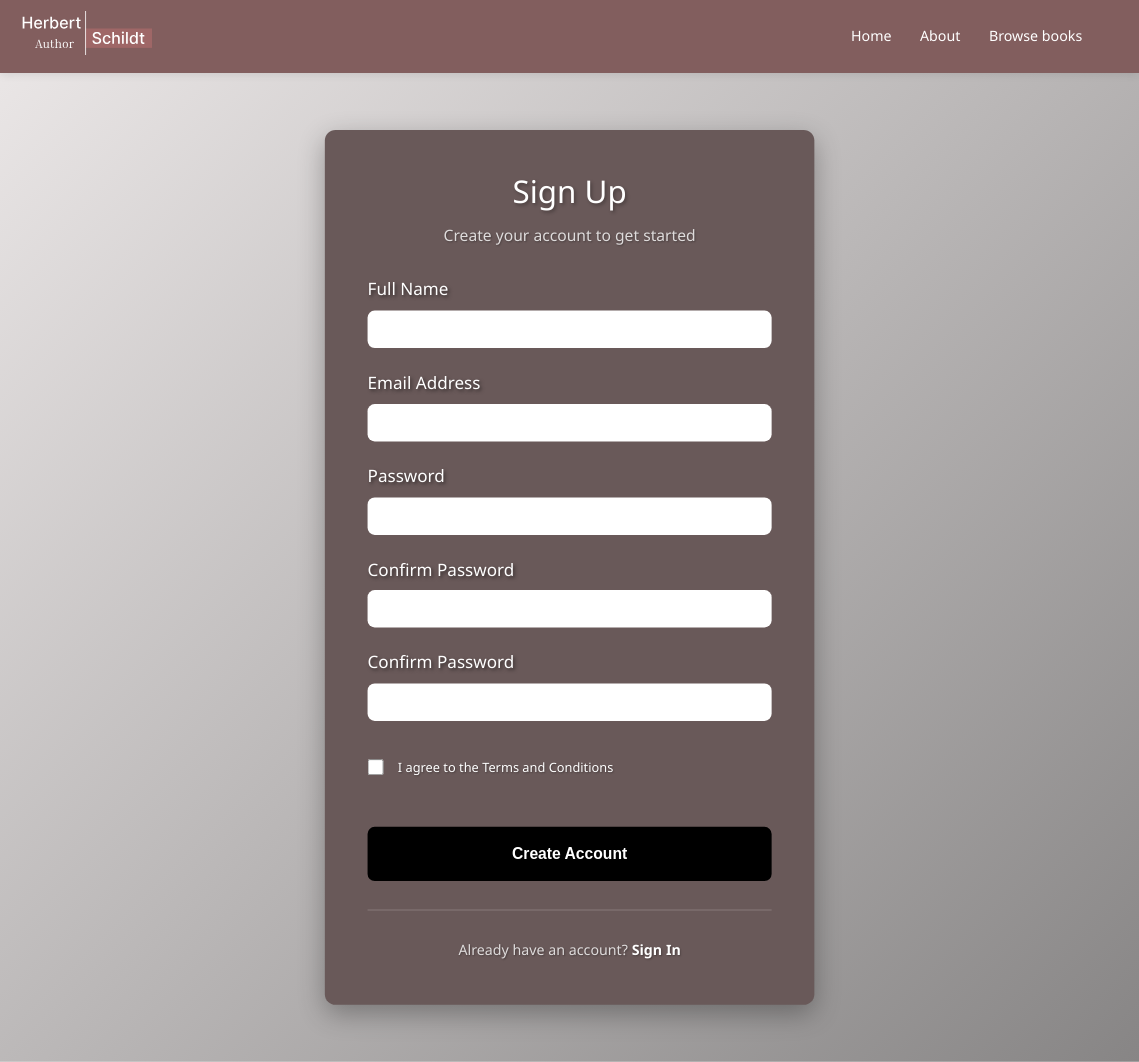
Repository: Darkrepo23/Author-Website-
Page: pages/signup.html
An editor plug-in stored every save of this project. The page is shown before and after the next save, followed by the edit.
The browser window is 1280 px wide. The pictures show the whole page, at 89% of full size.

Above is the page before, as saved 2025-09-23 13:03:53.
Console error: SyntaxError: Unexpected token ':'

After the next save:
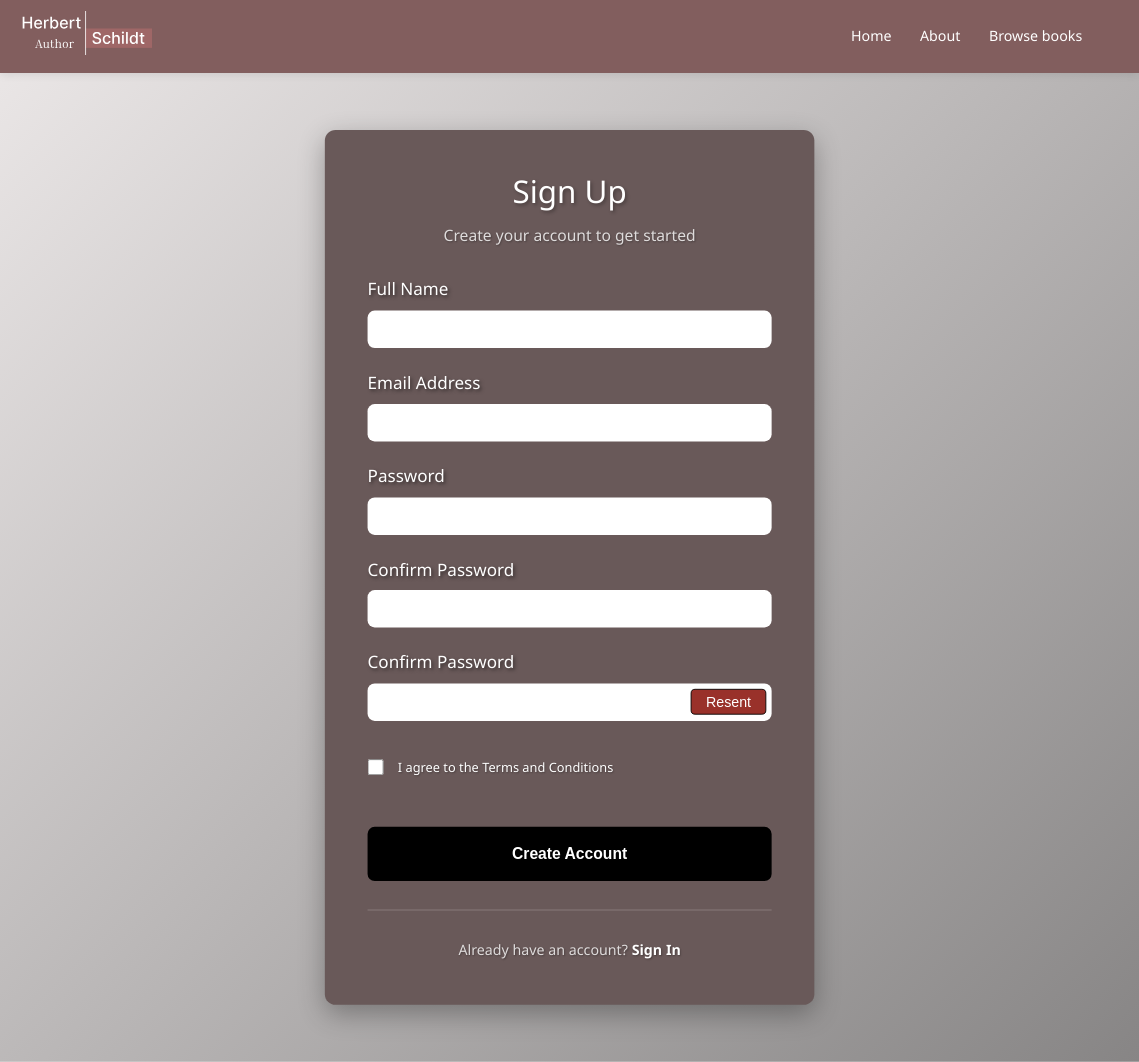
Saved 19 s later.
--- a/pages/signup.html
+++ b/pages/signup.html
@@ -56,6 +56,7 @@
                     <div class="form-group">
                         <label for="OTP-confirmation">Confirm Password</label>
                         <input type="password" id="OTP-confirmation" name="confirmPassword" required>
+                        <button class="res" id="resend_otp">Resent</button>
                     </div>
 
 
